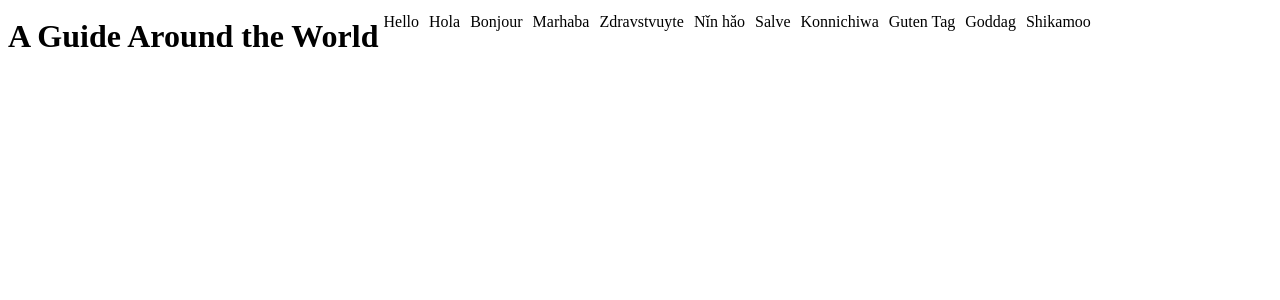
Repository: alharama/StaticWebsite
Page: index.html
The author's editor kept a copy of each file at every save. The page is drawn from the files as they stood at one save, then again after the next save.
The browser window is 1280 px wide. The pictures show the whole page.

Above is the page before, as saved 2021-09-20 18:38:50.

### index.html
<!DOCTYPE html>
<html>
<head>

    <title> A Guide Around the World</title>

    <style>

        body {
            display: flex;
        }
        h1 {
            margin-top: 10px;
            text-align: center;
            flex-direction: column;
            float: top;
        }

        div{

            justify-content: space-evenly;
            align-items: center;
            display: inline-block;
            padding: 5px;
        }
    </style>

</head>


    <body>
        <h1>
            A Guide Around the World
        </h1>

        <div>
            Hello
        </div>
        <div>
            Hola
        </div>
        <div>
            Bonjour
        </div>
        <div>
            Marhaba
        </div>
        <div>
            Zdravstvuyte
        </div>
        <div>
            Nǐn hǎo
        </div>
        <div>
            Salve
        </div>
        <div>
            Konnichiwa
        </div>
        <div>
            Guten Tag
        </div>
        <div>
            Goddag
        </div>
        <div>
            Shikamoo
        </div>



    </body>

</html>

After the next save:
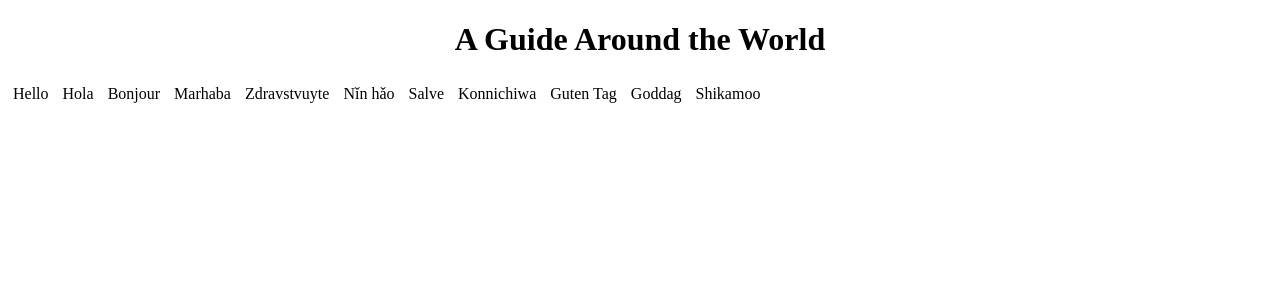
Saved 115 s later.
--- a/index.html
+++ b/index.html
@@ -7,10 +7,9 @@
     <style>
 
         body {
-            display: flex;
+
         }
         h1 {
-            margin-top: 10px;
             text-align: center;
             flex-direction: column;
             float: top;
